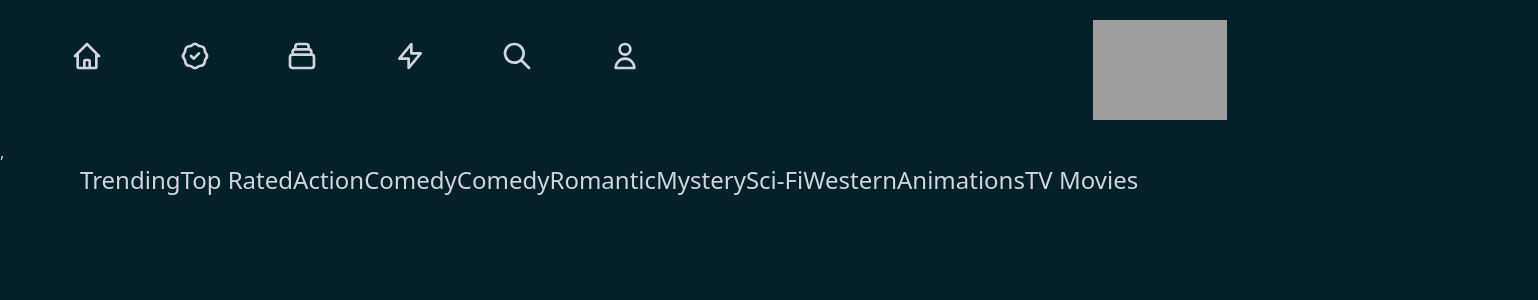
Repository: elaiken/hulu-yt-clone
Page: /
The author's editor kept a copy of each file at every save. The page is drawn from the files as they stood at one save, then again after the next save.
The browser window is 1280 px wide. The page is 1280 px wide, then 1538 px, so the pictures cover 1538 px, including what lies to the right of the window. The pictures show the whole page.
Pictures or frames that could not be fetched are drawn as grey boxes. The project was rebuilt for these pictures with package versions that can differ from the ones it lists, and the page was loaded fresh each time. The framework's server and built-in components were replaced by stand-ins that run in the browser. Also part of the build but not shown: next.config.js.

Above is the page before, as saved 2021-11-10 10:04:26.

### pages/index.js
import Head from 'next/head'
import Image from 'next/image'
import Header from '../components/Header'
import Nav from '../components/Nav'


export default function Home() {
    return (<div>
        <Head>
            <title>Hulo 2.0</title>

            <link rel="icon" href="/favicon.ico"/>
        </Head>

        <h1></h1>

        {/*Header*/}
        <Header/>, {/* Nav */}
        <Nav/> {/* Results */} </div>)
}

### components/Header.js
import Image from "next/image";
import HeaderItem from "./HeaderItem";
import {
    HomeIcon,
    BadgeCheckIcon,
    CollectionIcon,
    LightningBoltIcon,
    SearchIcon,
    UserIcon
} from "@heroicons/react/outline"

function Header() {
    return (<header className="flex flex-col sm:flex-row m-5 justify-between items-center h-auto">
        <div className="flex flex-grow justify-evenly max-w-2xl">
            <HeaderItem Title="HOME"
                Icon={HomeIcon}/>
            <HeaderItem Title="VERIFIED"
                Icon={BadgeCheckIcon}/>
            <HeaderItem Title="COLLECTIONICON"
                Icon={CollectionIcon}/>
            <HeaderItem Title="TRENDING"
                Icon={LightningBoltIcon}/>
            <HeaderItem Title="SEARCH"
                Icon={SearchIcon}/>
            <HeaderItem Title="ACCOUNT"
                Icon={UserIcon}/>


        </div>
        <Image className="object-contain" src=" http://links.papareact.com/ua6"
            width={200}
            height={100}/>
    </header>);;
}

export default Header

### components/Nav.js
import request from "../utlis/request"

function Nav() {
    return (<nav>
        <div className="flex px-10 sm:px-20 text-2xl whitespace-nowrap"> {
            Object.entries(request).map(([
                key, {
                    title,
                    url
                }
            ]) => (<h2 key={key}
                className="cursor-pointer transition duration-100 transform hover:scale-125 hover:text-white active:bg-red-500"> {title}</h2>))
        } </div>
    </nav>)
}

export default Nav

### components/HeaderItem.js
import React from 'react'

function HeaderItem({Icon, Title}) {
    return (<div className="flex flex-col items-center cursor-pointer group w-12 sm:w-20 hover:text-white">
        <Icon className="h-8 mb-1 group hover:animate-bounce"/>
        <p className=' opacity-0 hover:opacity-100 tracking-widest'> {Title}</p>


    </div>)
}

export default HeaderItem

### utlis/request.js
const API_KEY = process.env.API_KEY;

export default {
    fetchTrending: {
        title: 'Trending',
        url: '/trending/all/week?api_key=${API_KEY}&language=en-US'
    },
    fetchTopRated: {
        title: 'Top Rated',
        url: '/movie/top_rated?api_key=${API_KEY}&language=en-US'
    },
    fetchActionMovies: {
        title: 'Action',
        url: '/discover/movie?api_key=${API_KEY}&with_genres=28'
    },
    fetchComedyMovies: {
        title: 'Comedy',
        url: '/discover/movie?api_key=${API_KEY}&language=en-US'
    },
    fetchHorrorMovies: {
        title: 'Comedy',
        url: '/discover/movie?api_key=${API_KEY}&language=en-US'
    },
    fetchRomanticMovies: {
        title: 'Romantic',
        url: '/discover/movie?api_key=${API_KEY}&language=en-US'
    },
    fetchMysteryMovies: {
        title: 'Mystery',
        url: '/discover/movie?api_key=${API_KEY}&language=en-US'
    },
    fetchSciFiMovies: {
        title: 'Sci-Fi',
        url: '/discover/movie?api_key=${API_KEY}&language=en-US'
    },
    fetchWesternMovies: {
        title: 'Western',
        url: '/discover/movie?api_key=${API_KEY}&language=en-US'
    },
    fetchAnimationMovies: {
        title: 'Animations',
        url: '/discover/movie?api_key=${API_KEY}&language=en-US'
    },
    fetchTVMovies: {
        title: 'TV Movies',
        url: '/discover/movie?api_key=${API_KEY}&language=en-US'
    }
}

### tailwind.config.js
module.exports = {
    mode: 'jit',
    purge: [
        './pages/**/*.{js,ts,jsx,tsx}', './components/**/*.{js,ts,jsx,tsx}'
    ],
    darkMode: false, // or 'media' or 'class'
    theme: {
        extend: {}
    },
    variants: {
        extend: {}
    },
    plugins: []
}

Loaded but not shown: pages/_app.js (common file); styles/globals.css (common file)

After the next save:
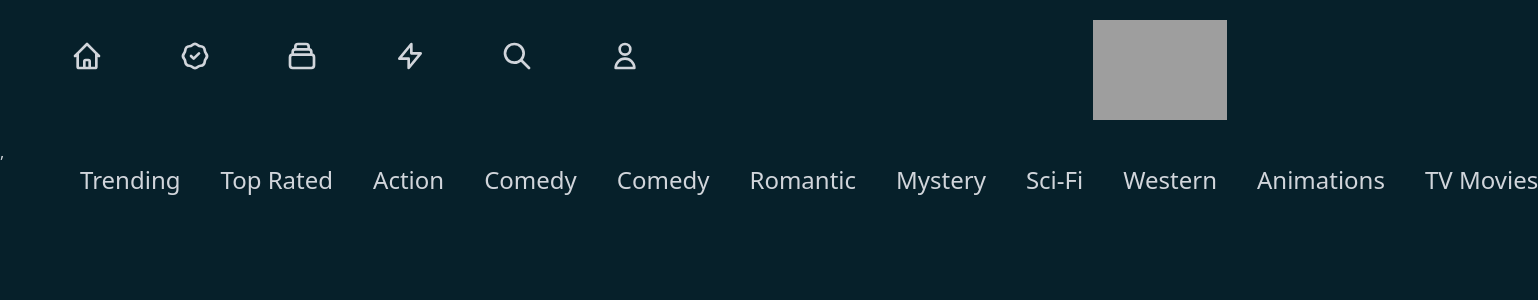
Saved 19 s later.
--- a/components/Nav.js
+++ b/components/Nav.js
@@ -2,7 +2,7 @@ import request from "../utlis/request"
 
 function Nav() {
     return (<nav>
-        <div className="flex px-10 sm:px-20 text-2xl whitespace-nowrap"> {
+        <div className="flex px-10 sm:px-20 text-2xl whitespace-nowrap space-x-10"> {
             Object.entries(request).map(([
                 key, {
                     title,
